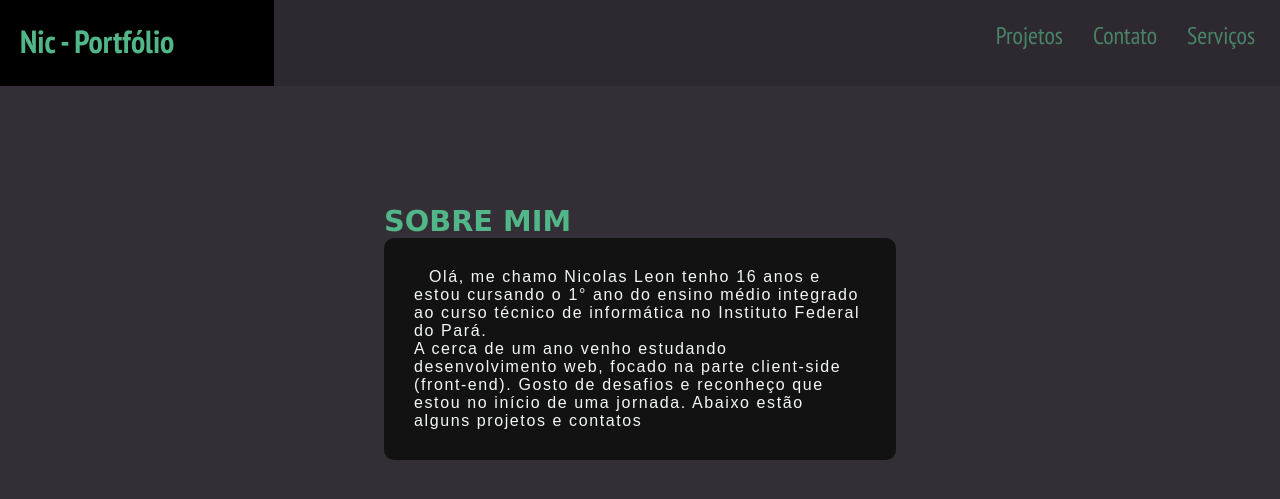
Repository: Leonngc/portfolio
Page: index.html
The author's editor kept a copy of each file at every save. The page is drawn from the files as they stood at one save, then again after the next save.
The browser window is 1280 px wide. The pictures show the whole page.

Above is the page before, as saved 2022-12-02 11:01:23.

### index.html
<!DOCTYPE html>
<html lang="en">

<head>
    <meta charset="UTF-8">
    <meta http-equiv="X-UA-Compatible" content="IE=edge">
    <meta name="viewport" content="width=device-width, initial-scale=1.0">
    <meta name="keywords" content="portfolio, web, dev, website, desenvolvedor">
    <meta name="description" content="Meu portfolio de desenvolvedor web">
    <title>Nic Portfólio</title>
    <link rel="stylesheet" href="home.css">
</head>

<body>
    <header>
        <h1>Nic - Portfólio</h1>
        <nav class="menu">
            <ul>
                <li><a href="">Projetos</a></li>
                <li><a href="">Contato</a></li>
                <li><a href="">Serviços</a></li>
            </ul>
        </nav>
    </header>
    <section>
        <span>
            <img src="" alt="">
        </span>
    </section>

    <section>
        <h2>Sobre mim</h2>
        <p>Olá, me chamo Nicolas Leon tenho 16 anos e estou cursando o 1° ano do ensino médio integrado ao curso técnico de informática no Instituto Federal do Pará. <br>
        A cerca de um ano venho estudando desenvolvimento web, focado na parte client-side (front-end). Gosto de desafios e reconheço que estou no início de uma jornada. Abaixo estão alguns projetos e contatos</p>
    </section>


</body>

</html>

### home.css
@import url('https://fonts.googleapis.com/css2?family=PT+Sans+Narrow:wght@400;700&display=swap');

@import url('https://fonts.googleapis.com/css2?family=Ubuntu+Condensed&display=swap');

:root{
    --background:#342E37;
    --letters: #52B788;
    --font-texts: font-family: 'Ubuntu Condensed', sans-serif;
}
*{
    margin: 0;
    padding: 0;
}
body{
    background-color: var(--background);
    color: var(--letters);
}

header{
    display: flex;
    flex-wrap: wrap;
    justify-content: space-between;
    background-color: #2e2930;
    height: 12vh;
}

header > h1{
    font-family:'PT Sans Narrow', sans-serif;
    margin-left: 0px;
    padding: 20px;
    padding-right: 100px;
    background-color: black;
}

 ul {
    display: flex;
    flex-wrap: wrap;
}

ul > li{
    list-style: none;
    margin: 10px;
}

li > a{
    text-decoration: none;
    color: var(--letters);
    font-family: 'PT Sans Narrow', sans-serif;
    font-size: 1.5em;
    color: #498467;
    padding: 5px;
}

.menu{
    margin-top: 10px;
    margin-right: 10px;
}

li > a:hover{
    text-decoration: underline;
    color: #498480;
}

section{
    width: 40%;
    margin: 0px auto;
    margin-top: 50px;
}

section > h2{
    font-family: verdana, sans-serif;
    font-size: 1.8em;
    text-transform: uppercase;
}

section > p{
    border-radius: 10px;
    padding: 30px;
    background-color: #131213;
    color: #f2f7f7;
    font-family: Arial, Helvetica, sans-serif;
    letter-spacing: .1em;
    text-align: left;
    text-indent: 15px;
}

After the next save:
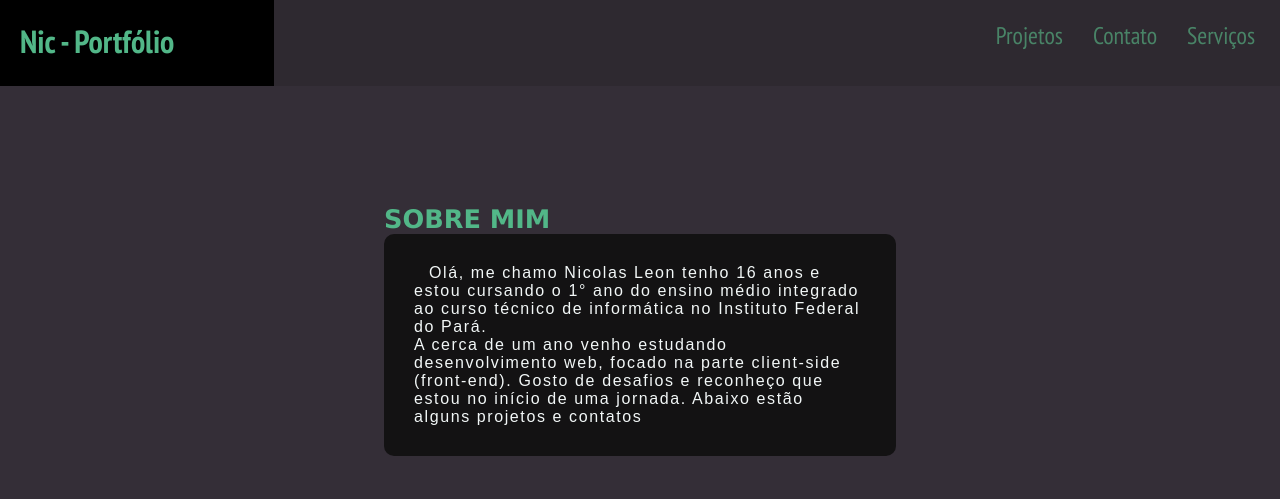
Saved 4 s later.
--- a/home.css
+++ b/home.css
@@ -69,7 +69,7 @@
 
 section > h2{
     font-family: verdana, sans-serif;
-    font-size: 1.8em;
+    font-size: 1.6em;
     text-transform: uppercase;
 }
 
